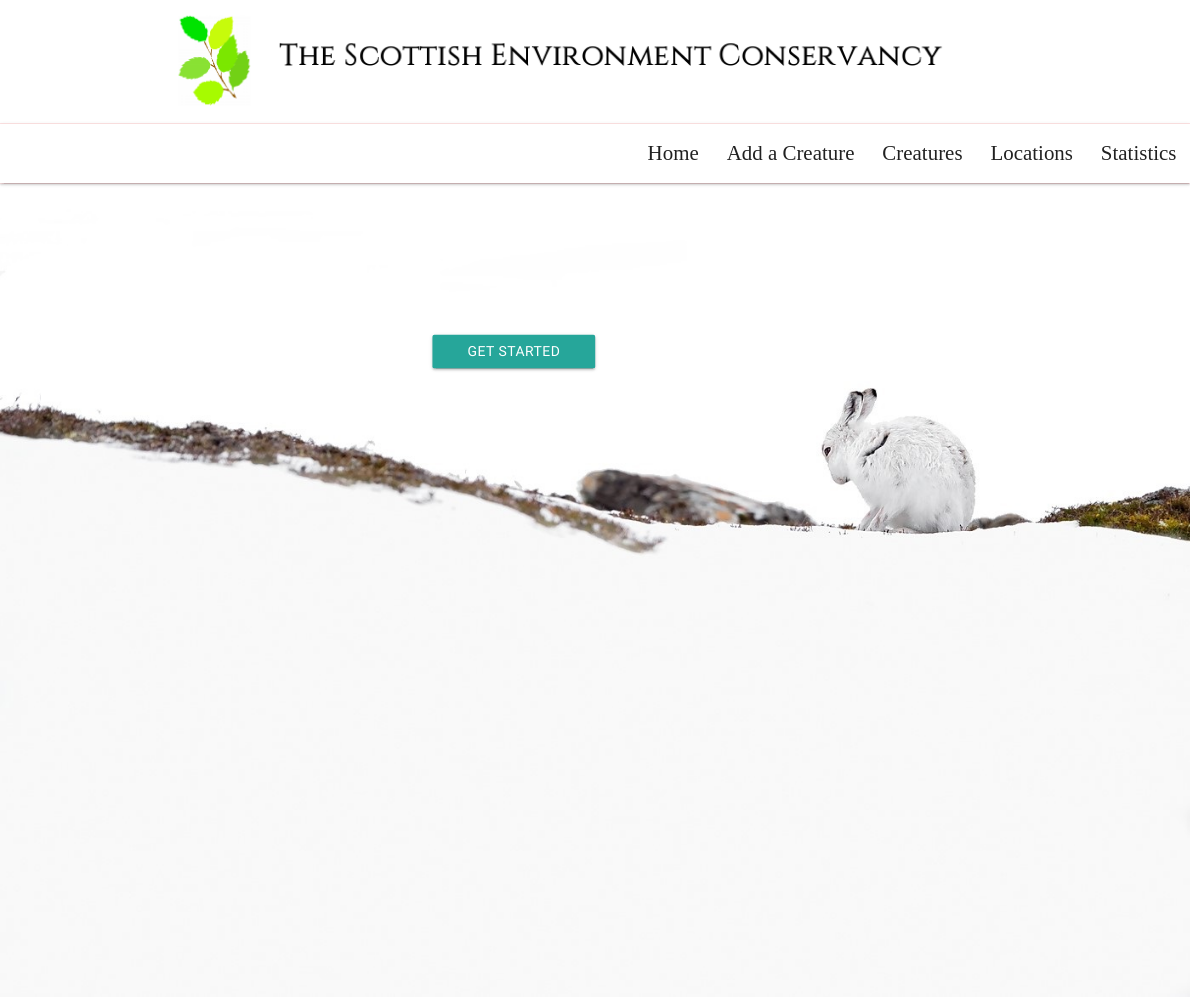
Repository: TaylorD1982/creature-sightings
Page: http://localhost/
The author's editor kept a record of every edit. The page is drawn from the files as they stood at one moment, then again after the next edit.
The browser window is 1280 px wide. The pictures show the whole page, at 93% of full size.
Some web libraries are served in a nearby version. The page is served by the project's application, run on Flask 3 (app.py). Queries for data that is not in the repository find no rows.

Above is the page before.
Console error: TypeError: Cannot read properties of null (reading 'addEventListener')

After the next edit:
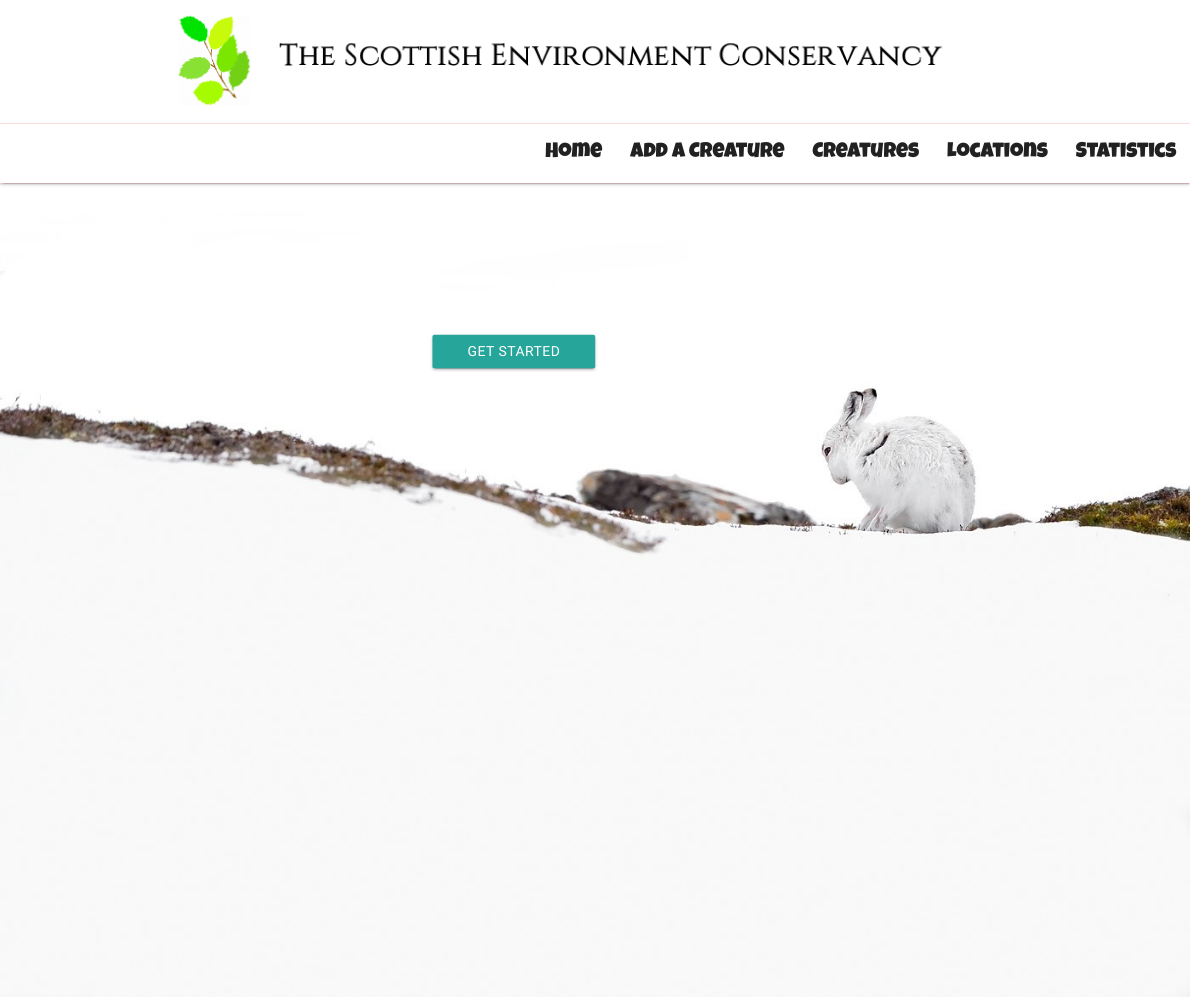
The edit:
--- a/templates/base.html
+++ b/templates/base.html
@@ -5,7 +5,7 @@
     <link href="https://fonts.googleapis.com/icon?family=Material+Icons" rel="stylesheet">
     <link rel="stylesheet" href="https://cdnjs.cloudflare.com/ajax/libs/materialize/0.100.2/css/materialize.min.css">
     <link rel="stylesheet" href="{{url_for('static', filename='css/style.css')}}" type="text/css" />
-    <link href="https://fonts.googleapis.com/css?family=Nanum+Myeongjo&display=swap" rel="stylesheet">
+    <link href="https://fonts.googleapis.com/css?family=Luckiest+Guy&display=swap" rel="stylesheet">
 </head>
 
 <body>
